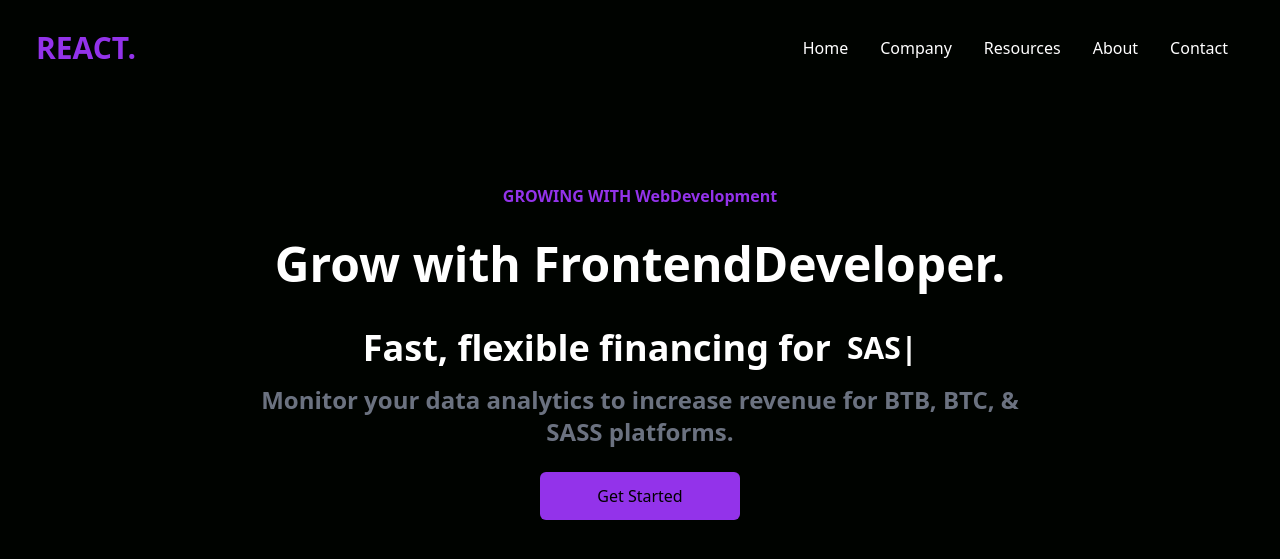
Repository: OmniaRafat232111121/tailwindreact
Page: /
An editor plug-in stored every save of this project. The page is shown before and after a run of saves, followed by the edit.
The browser window is 1280 px wide. The pictures show the whole page.
The project was rebuilt for these pictures with package versions that can differ from the ones it lists, and the page was loaded fresh each time.

Above is the page before, as saved 2022-09-11 02:16:10.

### src/index.js
import React from 'react';
import ReactDOM from 'react-dom/client';
import './index.css';
import App from './App';
import 'animate.css';
const root = ReactDOM.createRoot(document.getElementById('root'));
root.render(
  <React.StrictMode>
    <App />
  </React.StrictMode>
);

### src/App.js
import React from 'react';
// import Analytics from './components/Analytics';
// import Cards from './components/Cards';
// import Footer from './components/Footer';
 import Hero from './components/Hero';
import Navbar from './components/Navbar';
// import Newsletter from './components/Newsletter';

function App() {
  return (
    <div>
      <Navbar />
      <Hero/>
    </div>
  );
}

export default App;

### src/components/Hero.jsx
import React from 'react';
import Typed from 'react-typed';

const Hero = () => {
  return (
    <div className='text-white'>
      <div className='max-w-[800px] mt-[-96px] w-full h-screen mx-auto text-center flex flex-col justify-center'>
        <p className='text-purple-600 font-bold p-2'>
          GROWING WITH WebDevelopment
        </p>
        <h1 className='md:text-5xl sm:text-6xl text-4xl font-bold md:py-6'>
          Grow with FrontendDeveloper.
        </h1>
        <div className='flex justify-center items-center'>
          <p className='md:text-4xl sm:text-4xl text-xl font-bold py-4'>
            Fast, flexible financing for
          </p>
          <Typed
          className='md:text-3xl sm:text-4xl text-xl font-bold md:pl-4 pl-2'
            strings={['BTB', 'BTC', 'SASS']}
            typeSpeed={120}
            backSpeed={140}
            loop
          />
        </div>
        <p className='md:text-2xl text-xl font-bold text-gray-500'>Monitor your data analytics to increase revenue for BTB, BTC, & SASS platforms.</p>
        <button className='bg-purple-600 w-[200px] rounded-md font-medium my-6 mx-auto py-3 text-black'>Get Started</button>
      </div>
    </div>
  );
};

export default Hero;

### src/components/Navbar.jsx
import React, { useState } from 'react';
import { AiOutlineClose, AiOutlineMenu } from 'react-icons/ai';

const Navbar = () => {
    const [nav, setNav] = useState(false);

    const handleNav = () => {
      setNav(!nav);
    };

  return (
    <div className=' animate__animated animate__animated animate__backInRight flex justify-around items-center  text-white h-24 max-w-[1240px] px-4 mx-auto'>
      <h1 className='w-full text-3xl font-bold text-purple-600'>REACT.</h1>
      <ul className='hidden md:flex'>
        <li className='p-4 border-purple-600  hover:border-b-2 '>Home</li>
        <li className='p-4 border-purple-600  hover:border-b-2'>Company</li>
        <li className='p-4 border-purple-600  hover:border-b-2 '>Resources</li>
        <li className='p-4 border-purple-600  hover:border-b-2'>About</li>
        <li className='p-4 border-purple-600  hover:border-b-2 '>Contact</li>
      </ul>
      <div onClick={handleNav} className='block md:hidden'>
      {nav ? <AiOutlineClose size={20}/> : <AiOutlineMenu size={20} />}
  </div>
  <div className='h-100% animate__animated animate__animated animate__animate__shakeX'>
  <ul className={nav ? 'fixed left-0 top-0 w-[50%] min-h-[50%] border-r border-r-gray-900 bg-[#000300] ease-in-out duration-500' : 'ease-in-out duration-500 fixed left-[-100%]'}>
  <h1 className='w-full text-3xl font-bold text-purple-600 m-4'>REACT.</h1>
      <li className='p-4  border-purple-600  hover:border-b-4'>Home</li>
      <li className='p-4  border-purple-600  hover:border-b-4'>Company</li>
      <li className='p-4  border-purple-600  hover:border-b-4'>Resources</li>
      <li className='p-4  border-purple-600  hover:border-b-4'>About</li>
      <li className='p-4'>Contact</li>
  </ul>
  </div>
</div>
  );
};

export default Navbar;

Loaded but not shown: public/index.html (common file); src/index.css (common file); tailwind.config.js (common file)

After the next 8 saves:
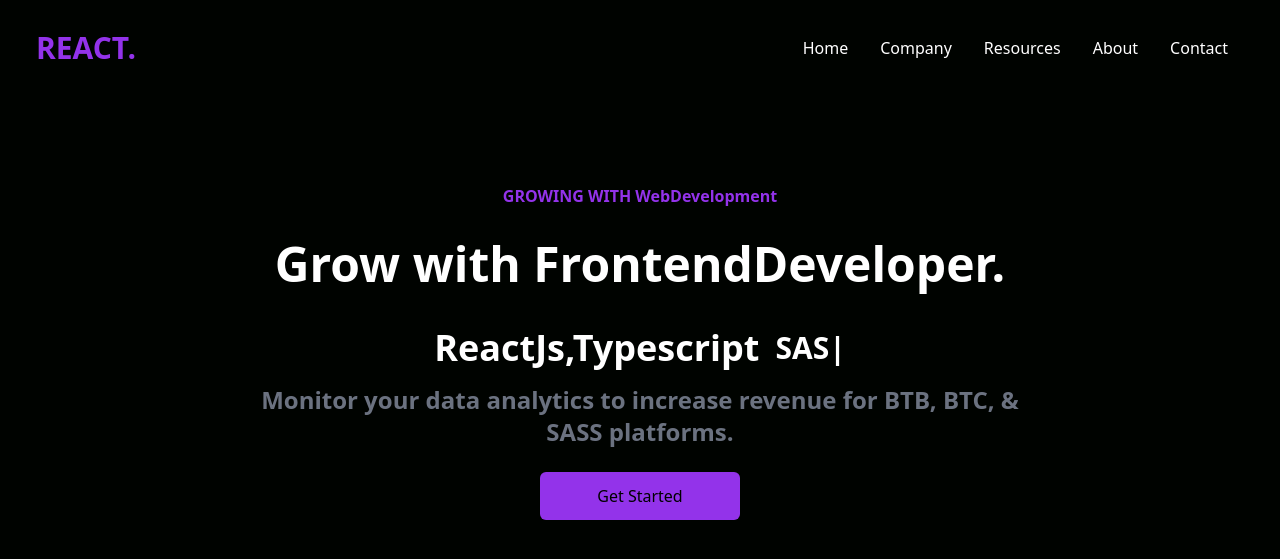
The 8 saves are shown as one change because they came seconds apart.
The last was saved 26 s later.
--- a/src/components/Hero.jsx
+++ b/src/components/Hero.jsx
@@ -13,7 +13,7 @@ const Hero = () => {
         </h1>
         <div className='flex justify-center items-center'>
           <p className='md:text-4xl sm:text-4xl text-xl font-bold py-4'>
-            Fast, flexible financing for
+            ReactJs,Typescript
           </p>
           <Typed
           className='md:text-3xl sm:text-4xl text-xl font-bold md:pl-4 pl-2'
